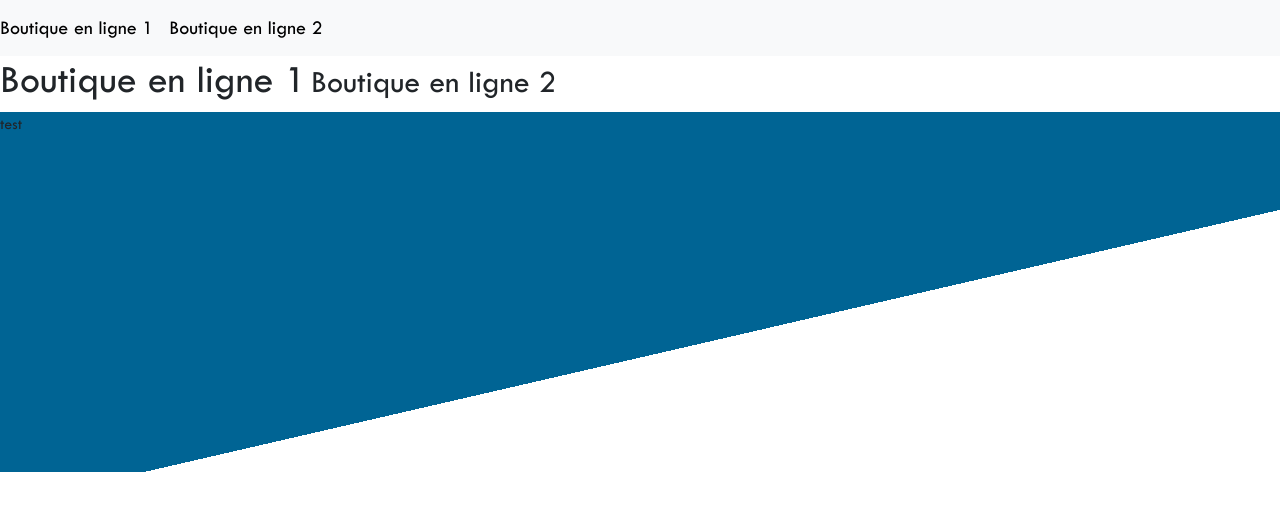
Repository: padevft/e-commerce-php
Page: http://localhost/index.html
An editor plug-in stored every save of this project. The page is shown before and after the next save, followed by the edit.
The browser window is 1280 px wide. The pictures show the whole page.
The page is run by PHP 8.4 with error messages shown; the project is at /var/www/html/.

Above is the page before, as saved 2023-09-17 16:20:51.

### index.html
<!DOCTYPE html>
<html lang="en">
  <head>
    <meta charset="UTF-8" />
    <meta name="viewport" content="width=device-width, initial-scale=1.0" />
    <title>Boutique en ligne</title>

    <link rel="stylesheet" href="client/css/styles.css">
    <link rel="stylesheet" href="client/utilitaires/bootstrap/css/bootstrap.min.css">
    <link rel="stylesheet" href="client/utilitaires/font-awesome-4.7.0/css/font-awesome.min.css">

  </head>
  <body>
    <header>
      <nav class="navbar navbar-expand-lg navbar-light bg-light">
        <a class="navbar-brand" href="#">Boutique en ligne 1</a>
        <a class="navbar-brand" href="#">Boutique en ligne 2</a>
      </nav>
    </header>
    <h1>Boutique en ligne 1</h1>
    <h2>Boutique en ligne 2</h2>
    <div class="main">
      test
    </div>



    <script src="client/utilitaires/Jquery/jquery-3.6.0.min.js"></script>
    <script src="client/utilitaires/bootstrap/js/bootstrap.min.js"></script>
  </body>
</html>

### client/css/styles.css
/* var text-decoration */
@font-face {
  font-family: myfont;
  src: url(../utilitaires/fonts/ufonts.com_tw-cen-mt.ttf);
}

* {
  transition: all 0.6s ease;
}

body {
  font-family: myfont !important;
}
h1 {
  display: inline-flex;
  position: relative;
  cursor: pointer;
}

h1:hover {
  color: brown;
}

h1::before {
  content: "";
  position: absolute;
  bottom: 0;
  right: 0;
  width: 100%;
  height: 2.5px;
  background-color: brown;
  transform-origin: left;
  transform: scaleX(0);
  transition: transform 0.4s ease-out;
}

h1:hover::before {
  transform: scaleX(
    1
  );
}
h2 {
  display: inline-flex;
  position: relative;
  cursor: pointer;
}

h2:hover{
  color:#f9bf29;
}
h2::before {
  content: "";
  position: absolute;
  bottom: 0;
  left:0;
  background: #f9bf29;
  height: 2.5px;
  opacity: 1;
  visibility: visible;
  width: 0;
  -webkit-transition: 0.4s all ease-out;
  -o-transition: 0.4s all ease-out;
  transition: 0.4s all ease-out;
}
h2:hover:before {
  width: calc(100% - 0px);
}

.main{
  display: flex;
  position: relative;
  flex-direction: column;
  height: 50vh;
  width: 100%;
  float: right;
  background-image: linear-gradient(-13deg, #ffffff 40%, #006494 20%);;

}

Loaded but not shown: client/utilitaires/bootstrap/css/bootstrap.min.css (library); client/utilitaires/font-awesome-4.7.0/css/font-awesome.min.css (library); client/utilitaires/Jquery/jquery-3.6.0.min.js (library); client/utilitaires/bootstrap/js/bootstrap.min.js (library)

After the next save:
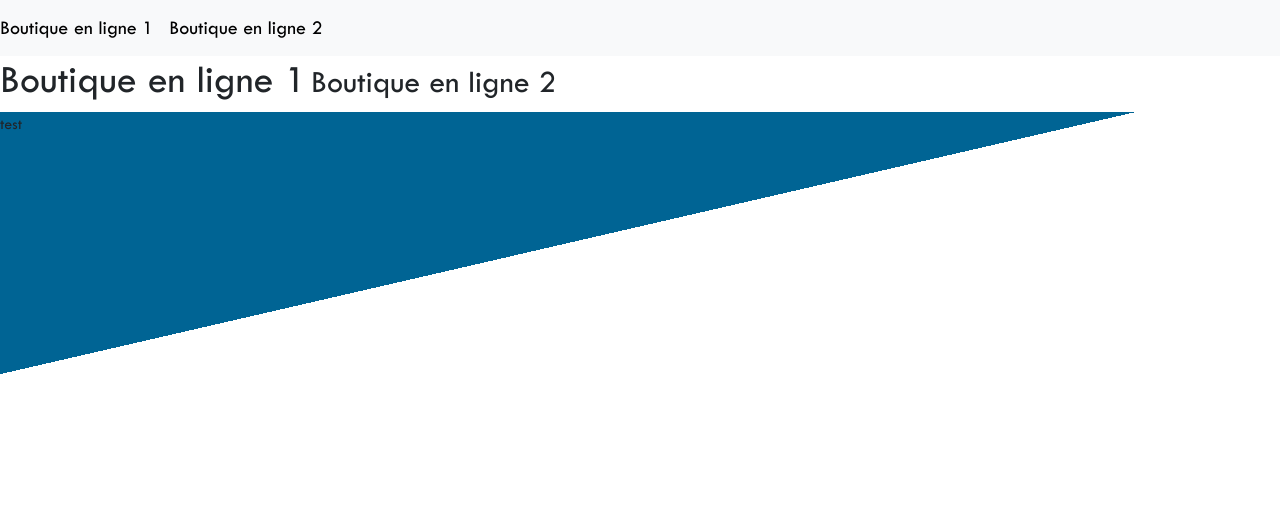
Saved 18 s later.
--- a/client/css/styles.css
+++ b/client/css/styles.css
@@ -73,6 +73,6 @@ h2:hover:before {
   height: 50vh;
   width: 100%;
   float: right;
-  background-image: linear-gradient(-13deg, #ffffff 40%, #006494 20%);;
+  background-image: linear-gradient(-13deg, #ffffff 60%, #006494 20%);;
 
 }
